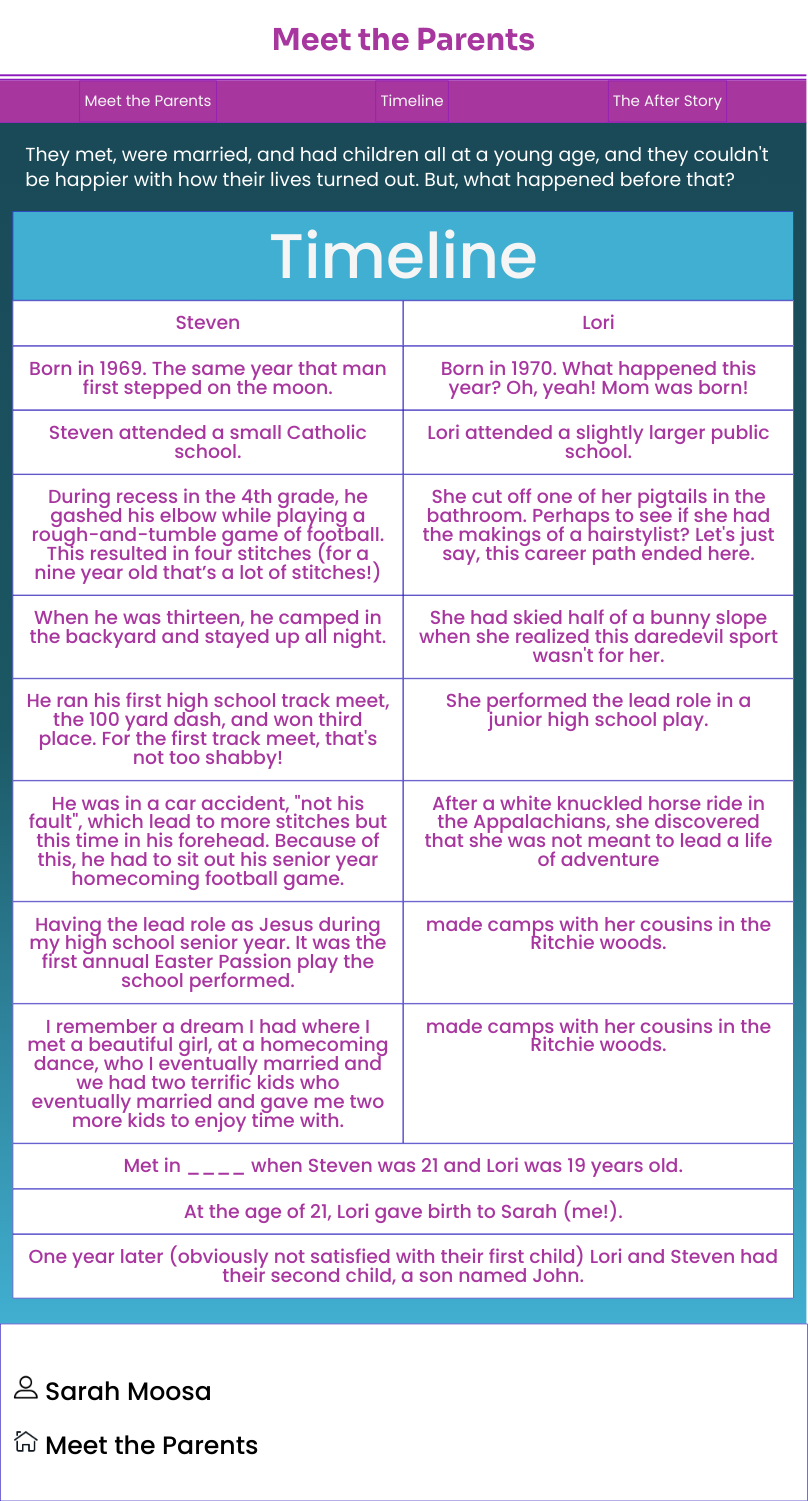
Repository: Sbethm/parents-tribute
Page: timeline.html
These files come from the project's save history. The page is drawn as it stood at one moment and after the next save; the edit follows.
The browser window is 1280 px wide. The page is 1282 px wide, so the pictures cover 1282 px, including what lies to the right of the window. The pictures show the whole page, at 63% of full size.

Above is the page before, as saved 2021-02-11 17:28:23.

After the next save:
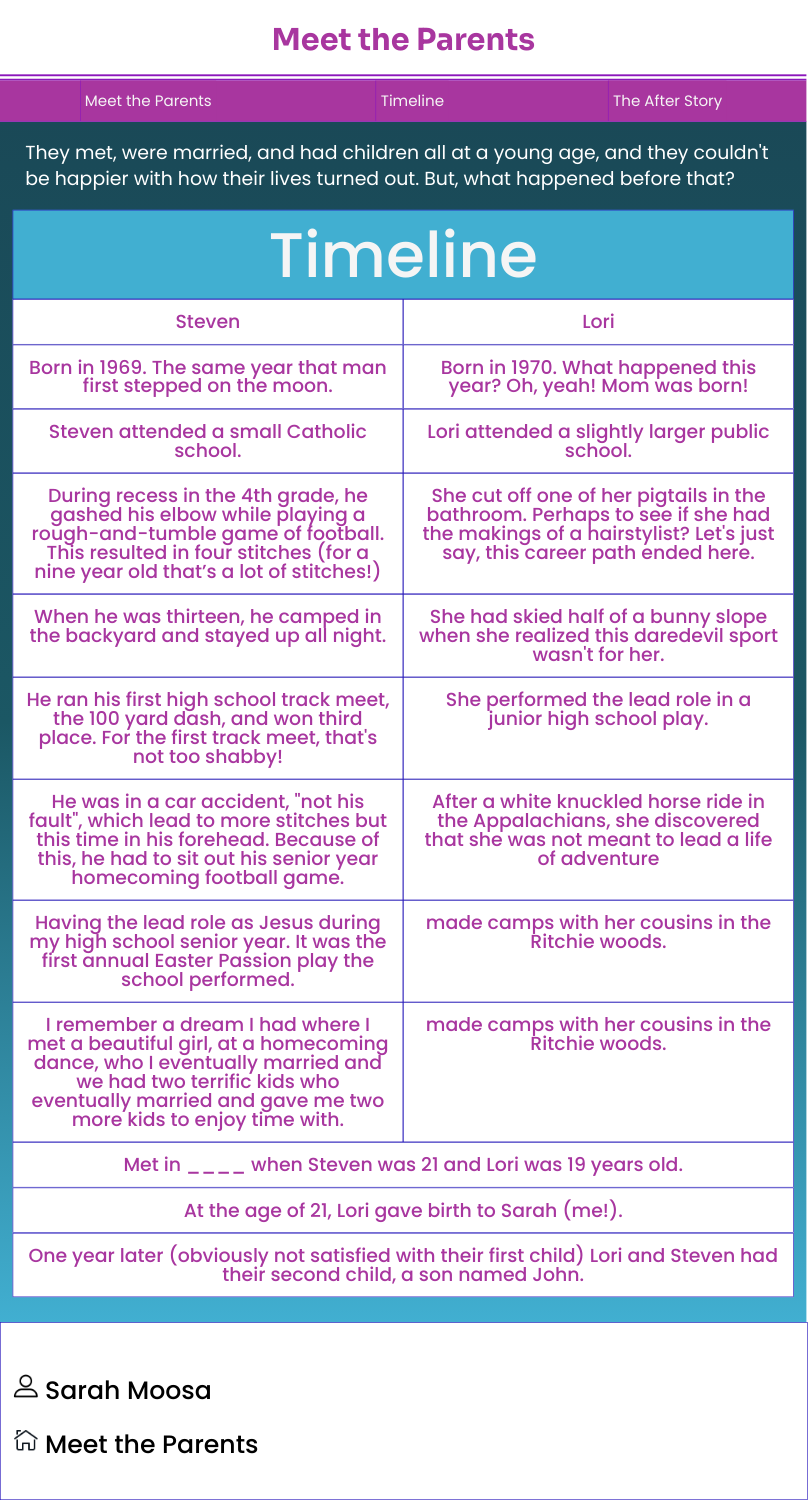
Saved 6 s later.
--- a/style.css
+++ b/style.css
@@ -151,7 +151,7 @@ a {
     font-size: 1em;
     color: whitesmoke;
     text-decoration: none;
-    border: solid 1px rgb(140, 23, 187);
+    border-left: solid 1px rgb(140, 23, 187);
 }
 
 a:hover {
